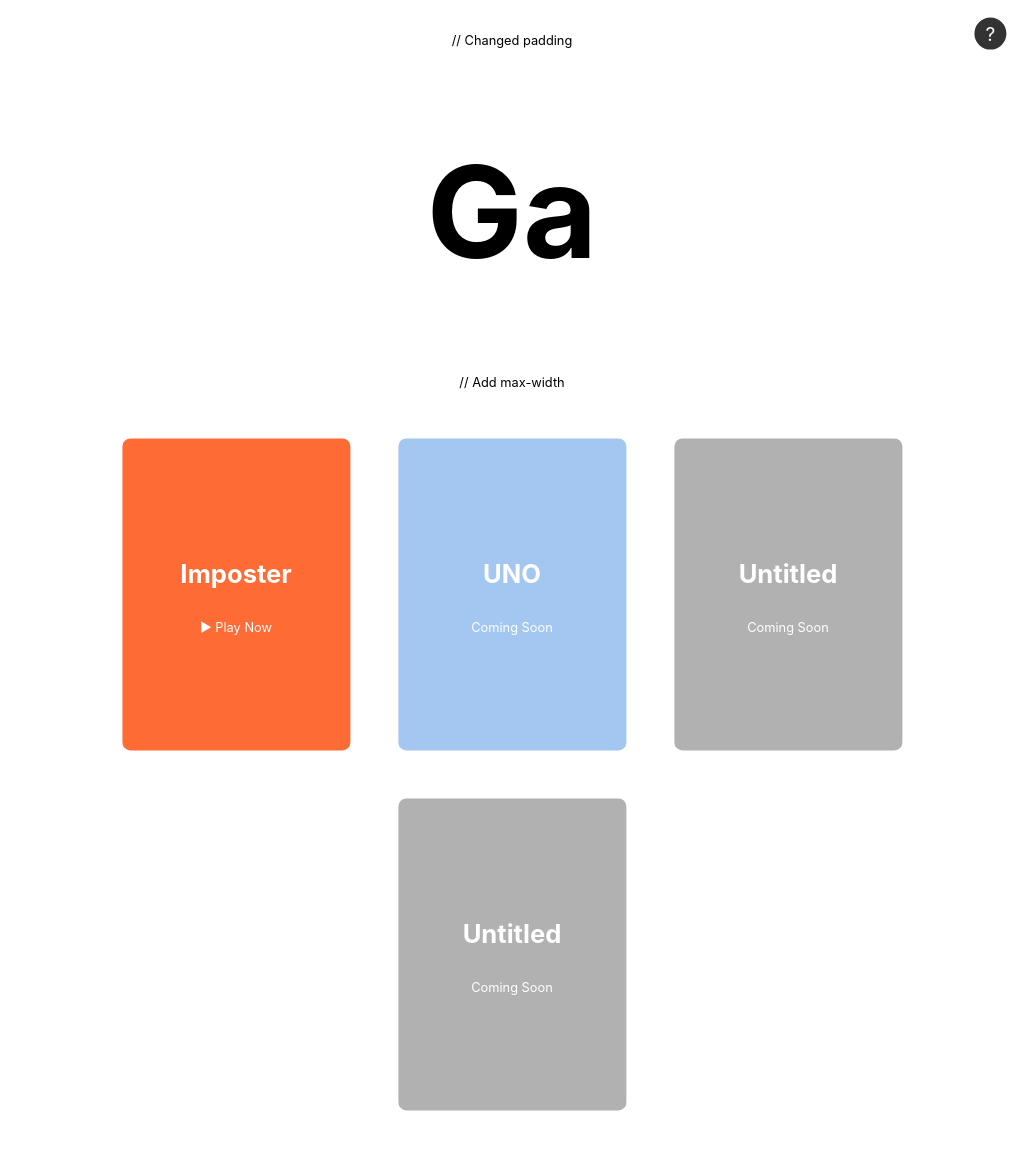
Repository: nfemmanuel/game-night-app
Page: /
These files come from the project's save history. The page is drawn as it stood at one moment and after a run of saves; the edit follows.
The browser window is 1280 px wide. The pictures show the whole page, at 80% of full size.
The project was rebuilt for these pictures with package versions that can differ from the ones it lists, and the page was loaded fresh each time. Also part of the build but not shown: src/styles/global.css, src/components/BackButton.jsx, src/pages/ImposterSetup.jsx, src/data/wordList.js, src/pages/ImposterReveal.jsx, src/pages/ImposterVoting.jsx.

Above is the page before, as saved 2025-12-31 18:08:01.

### public/index.html
<!DOCTYPE html>
<html lang="en">
  <head>
    <meta charset="utf-8" />
    <link rel="icon" href="%PUBLIC_URL%/favicon.ico" />
    <link rel="preconnect" href="https://fonts.googleapis.com">
    <link rel="preconnect" href="https://fonts.gstatic.com" crossorigin>
    <link href="https://fonts.googleapis.com/css2?family=Montserrat:wght@400;600;700&display=swap" rel="stylesheet">
    <meta name="viewport" content="width=device-width, initial-scale=1" />
    <meta name="theme-color" content="#000000" />
    <meta
      name="description"
      content="Web site created using create-react-app"
    />
    <link rel="apple-touch-icon" href="%PUBLIC_URL%/logo192.png" />
    <!--
      manifest.json provides metadata used when your web app is installed on a
      user's mobile device or desktop. See https://developers.google.com/web/fundamentals/web-app-manifest/
    -->
    <link rel="manifest" href="%PUBLIC_URL%/manifest.json" />
    <!--
      Notice the use of %PUBLIC_URL% in the tags above.
      It will be replaced with the URL of the `public` folder during the build.
      Only files inside the `public` folder can be referenced from the HTML.

      Unlike "/favicon.ico" or "favicon.ico", "%PUBLIC_URL%/favicon.ico" will
      work correctly both with client-side routing and a non-root public URL.
      Learn how to configure a non-root public URL by running `npm run build`.
    -->
    <title>React App</title>
  </head>
  <body>
    <noscript>You need to enable JavaScript to run this app.</noscript>
    <div id="root"></div>
    <!--
      This HTML file is a template.
      If you open it directly in the browser, you will see an empty page.

      You can add webfonts, meta tags, or analytics to this file.
      The build step will place the bundled scripts into the <body> tag.

      To begin the development, run `npm start` or `yarn start`.
      To create a production bundle, use `npm run build` or `yarn build`.
    -->
  </body>
</html>

### src/App.js
import { BrowserRouter, Routes, Route } from 'react-router-dom';
import './styles/global.css';
import LandingPage from './pages/LandingPage';
import ImposterSetup from './pages/ImposterSetup';
import ImposterReveal from './pages/ImposterReveal';
import ImposterVoting from './pages/ImposterVoting';

function App() {
  return (
    <BrowserRouter>
      <Routes>
        <Route path="/" element={<LandingPage />} />
        <Route path="/imposter-setup" element={<ImposterSetup />} />
        <Route path="/imposter-reveal" element={<ImposterReveal />} />
        <Route path="/imposter-voting" element={<ImposterVoting />} />
      </Routes>
    </BrowserRouter>
  );
}

export default App;

### src/pages/LandingPage.jsx
import { useNavigate } from 'react-router-dom';
import GameCard from '../components/GameCard';
import HelpButton from '../components/HelpButton';

function LandingPage() {
    const navigate = useNavigate();

    const handleClick = (gameName, route) => {
        if (route) {
            navigate(route);
        }
    };

    return (
        <div style={{ padding: '40px 20px', textAlign: 'center' }}>  // Changed padding
            <HelpButton />
            <h1 style={{ fontSize: '10rem' }}>Ga</h1>  // Add max-width

            <div style={{
                display: 'flex',
                gap: '20px',
                justifyContent: 'center',
                marginTop: '40px',
                flexWrap: 'wrap',
                padding: '0 10px'  // Add padding on sides for mobile
            }}>
                <GameCard
                    name="Imposter"
                    available={true}
                    color="orange"
                    onClick={() => handleClick("Imposter", "/imposter-setup")}
                />
                <GameCard
                    name="UNO"
                    available={false}
                    color="blue"
                    onClick={() => handleClick("UNO", "/uno-setup")}
                />
                <GameCard
                    name="Untitled"
                    available={false}
                    onClick={() => { }}
                />
                <GameCard
                    name="Untitled"
                    available={false}
                    onClick={() => { }}
                />
            </div>
        </div>
    );
}

export default LandingPage;

### src/components/GameCard.jsx
import styles from './GameCard.module.css';

function GameCard({ name, available, onClick, color }) {  // Add color here
    // Combine card + available/disabled classes + color
    const cardClasses = `${styles.card} ${available ? styles.available : styles.disabled} ${color ? styles[color] : ''}`;

    return (
        <div
            className={cardClasses}
            onClick={available ? onClick : null}
        >
            <h1>{name}</h1>
            <p>{available ? '▶ Play Now' : 'Coming Soon'}</p>
        </div>
    );
}

export default GameCard;

### src/components/HelpButton.jsx
import { useState } from 'react';

function HelpButton() {
    const [showHelp, setShowHelp] = useState(false);

    return (
        <div
            style={{
                position: 'fixed',
                top: '20px',
                right: '20px',
                zIndex: 1000
            }}
            onMouseEnter={() => setShowHelp(true)}
            onMouseLeave={() => setShowHelp(false)}
        >
            <div
                style={{
                    width: '40px',
                    height: '40px',
                    borderRadius: '50%',
                    border: '2px solid white',
                    color: 'white',
                    fontSize: '1.5rem',
                    display: 'flex',
                    alignItems: 'center',
                    justifyContent: 'center',
                    cursor: 'pointer',
                    backgroundColor: '#333'
                }}
            >
                ?
            </div>

            {showHelp && (
                <div
                    style={{
                        position: 'absolute',
                        top: '50px',
                        right: '0',
                        backgroundColor: '#222',
                        border: '2px solid white',
                        borderRadius: '10px',
                        padding: '20px',
                        width: '300px',
                        textAlign: 'left',
                        fontSize: '0.9rem',
                        lineHeight: '1.5'
                    }}
                >
                    <h3 style={{ marginTop: 0, marginBottom: '10px', fontSize: '1.1rem' }}>
                        How to Play Imposter
                    </h3>
                    <ol style={{ paddingLeft: '20px', margin: 0 }}>
                        <li>Add 3+ player names</li>
                        <li>One random player is secretly the imposter</li>
                        <li>Everyone else sees the same secret word</li>
                        <li>Pass the phone around - each player holds the card to see their word</li>
                        <li>The imposter sees "You're the imposter. Shh!"</li>
                        <li>After everyone has seen their card, discuss and guess who the imposter is</li>
                        <li>Vote for the imposter or skip to reveal</li>
                    </ol>
                </div>
            )}
        </div>
    );
}

export default HelpButton;

### src/components/GameCard.module.css
.card {
    width: 225px;
    height: 330px;
    padding: 30px;
    margin: 10px;
    border-radius: 20px;
    border: 10px solid white;
    text-align: center;
    transition: all 0.3s ease;
    display: flex;
    flex-direction: column;
    justify-content: center;
}

.available {
    color: white;
    cursor: pointer;
}

.available:hover {
    transform: scale(1.05);
}

.disabled {
    background-color: #666;
    color: white;
    cursor: not-allowed;
    opacity: 0.5;
}

.orange {
    background-color: #FF6B35;
}

.orange:hover {
    box-shadow: 0 0 20px rgba(255, 107, 53, 0.6);
}

.blue {
    background-color: #4A90E2;
}

.blue:hover {
    box-shadow: 0 0 20px rgba(74, 144, 226, 0.6);
}

/* Mobile: smaller cards */
@media (max-width: 768px) {
    .card {
        width: 160px;
        height: 240px;
        padding: 20px;
        margin: 8px;
        border: 6px solid white;
    }
}

@media (max-width: 480px) {
    .card {
        width: 140px;
        height: 210px;
        padding: 15px;
        margin: 5px;
        border: 5px solid white;
    }

    .card h1 {
        font-size: 1.3rem;
    }

    .card p {
        font-size: 0.9rem;
    }
}

Loaded but not shown: src/index.js (common file); src/index.css (common file); src/reportWebVitals.js (common file)

After the next 4 saves:
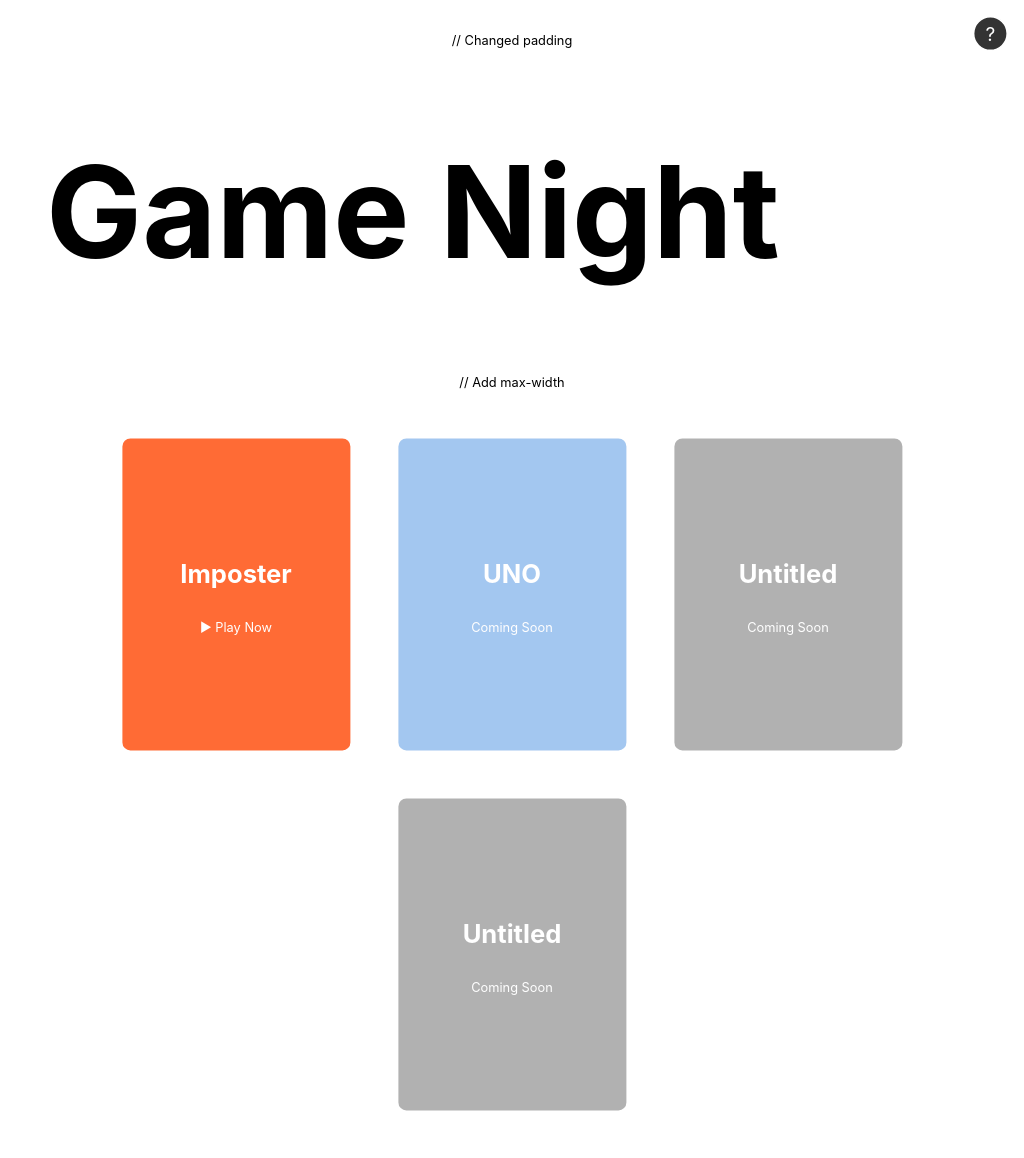
The 4 saves are shown as one change because they came seconds apart.
The last was saved 8 s later.
--- a/src/pages/LandingPage.jsx
+++ b/src/pages/LandingPage.jsx
@@ -14,7 +14,7 @@ function LandingPage() {
     return (
         <div style={{ padding: '40px 20px', textAlign: 'center' }}>  // Changed padding
             <HelpButton />
-            <h1 style={{ fontSize: '10rem' }}>Ga</h1>  // Add max-width
+            <h1 style={{ fontSize: '10rem', maxWidth: '80%' }}>Game Night</h1>  // Add max-width
 
             <div style={{
                 display: 'flex',
